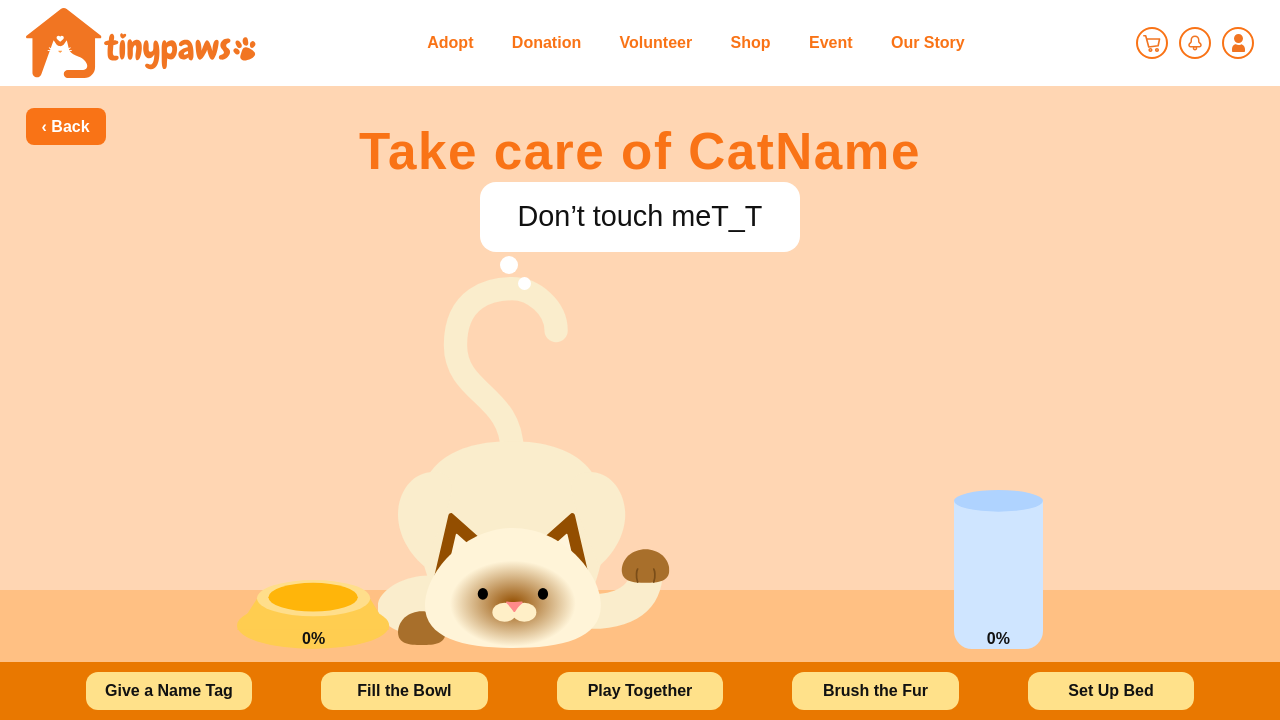
Repository: LShuyanLi/TinyPaws
Page: /, after clicking the first element matching `div > div`
An editor plug-in stored every save of this project. The page is shown before and after the next save, followed by the edit.
The browser window is 1280 px wide. The pictures show the whole page.
The project was rebuilt for these pictures with package versions that can differ from the ones it lists, and the page was loaded fresh each time. The framework's server and built-in components were replaced by stand-ins that run in the browser. Also part of the build but not shown: next.config.mjs.

Above is the page before, as saved 2026-05-09 23:44:46.

After the next save:
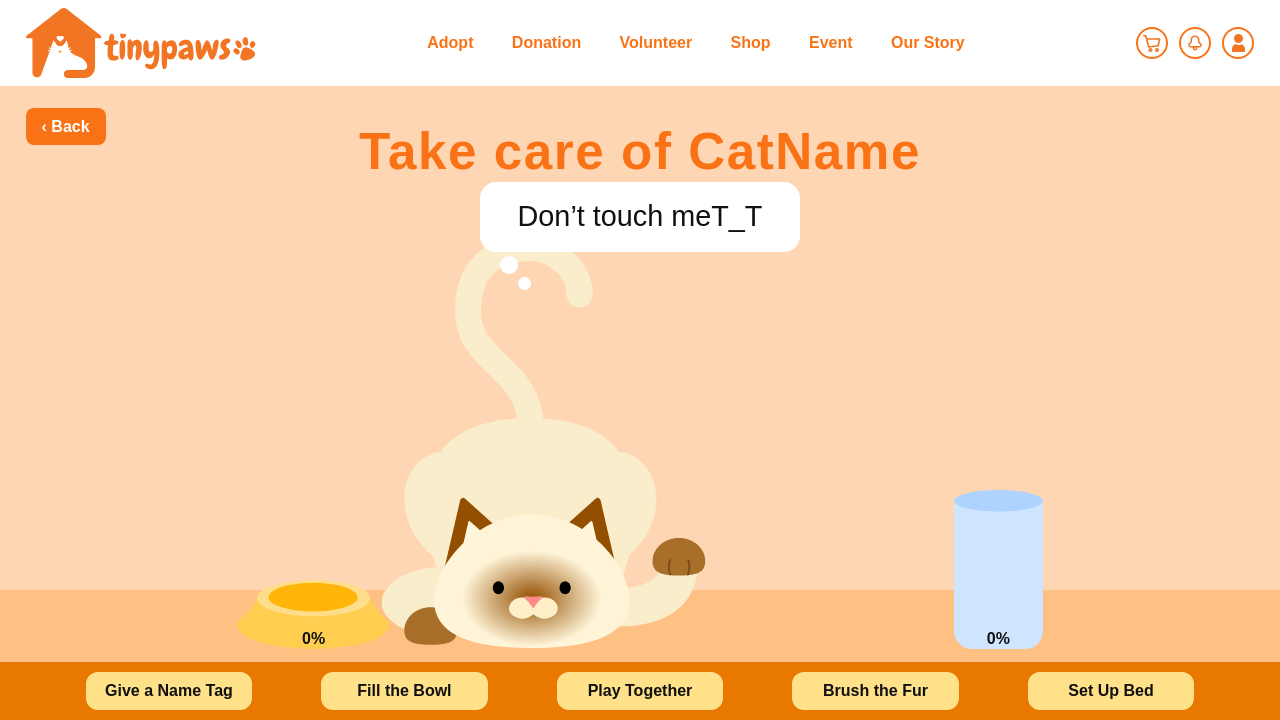
Saved 10 s later.
--- a/components/shared/CatDisplay.jsx
+++ b/components/shared/CatDisplay.jsx
@@ -8,8 +8,8 @@ export default function CatDisplay({
   let catImage = "/cat-1.svg";
 
   let catStyle = {
-    width: "45%",
-    height: "45%",
+    width: "50%",
+    height: "50%",
     objectFit: "contain",
     position: "absolute",
     bottom: "0px",
